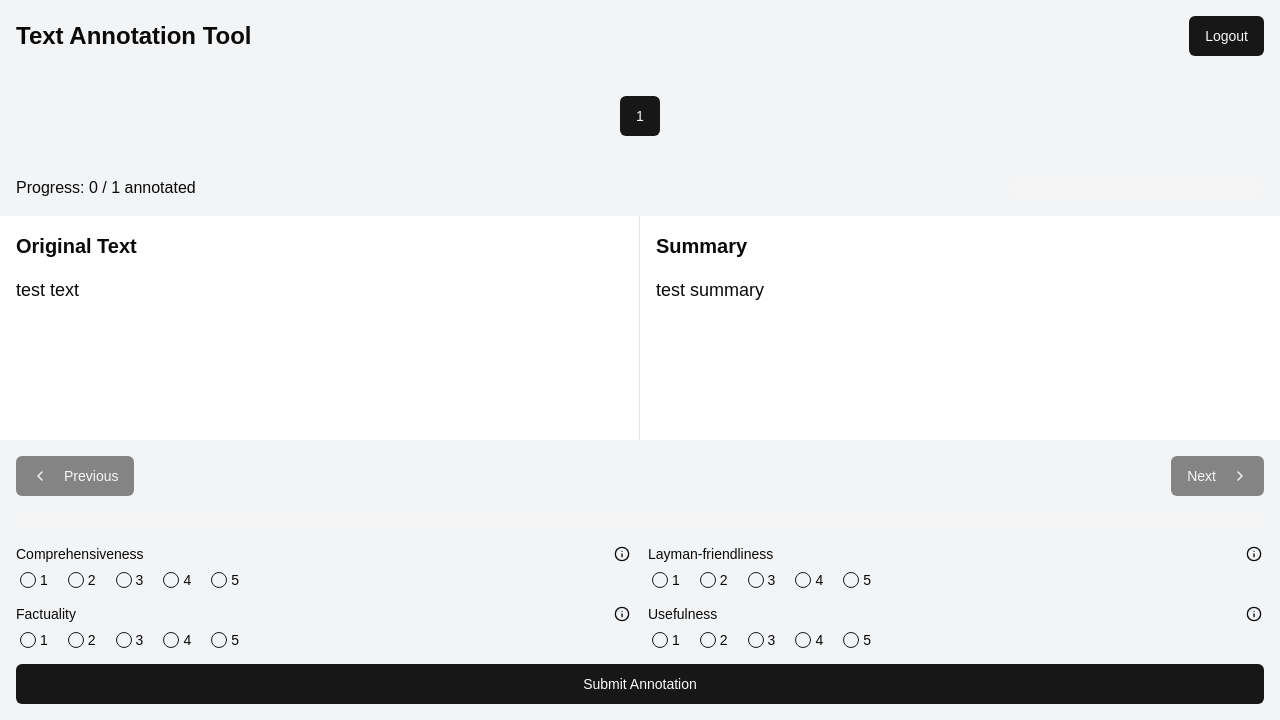
Repository: swapnil-panigrahi/annotator-group
Page: /annotate
These files come from the project's save history. The page is drawn as it stood at one moment and after the next save; the edit follows.
The browser window is 1280 px wide. The pictures show the whole page.
The project was rebuilt for these pictures with package versions that can differ from the ones it lists, and the page was loaded fresh each time. The framework's server and built-in components were replaced by stand-ins that run in the browser. Also part of the build but not shown: next.config.mjs.

Above is the page before, as saved 2025-02-07 23:35:59.

### app/layout.tsx
import type { Metadata } from 'next'
import './globals.css'

export const metadata: Metadata = {
  title: 'Annotator',
  description: '',
}

export default function RootLayout({
  children,
}: Readonly<{
  children: React.ReactNode
}>) {
  return (
    <html lang="en">
      <body>{children}</body>
    </html>
  )
}

### app/annotate/page.tsx
"use client"

import { useState, useCallback, useEffect } from "react"
import { useRouter } from "next/navigation"
import { Progress } from "@/components/ui/progress"
import { Button } from "@/components/ui/button"
import { ChevronLeft, ChevronRight } from "lucide-react"
import TextDisplay from "../components/TextDisplay"
import SummaryDisplay from "../components/SummaryDisplay"
import AnnotationForm from "../components/AnnotationForm"
import NavigationBar from "../components/NavigationBar"
import { logout } from "../actions/auth"

export default function AnnotatePage() {
  const router = useRouter()
  const [textsAndSummaries, setTextsAndSummaries] = useState<Array<{ id: string; text: string; summary: string }>>([])
  const [loading, setLoading] = useState(true)
  const [error, setError] = useState<string | null>(null)

  const [currentIndex, setCurrentIndex] = useState(0)
  const [annotations, setAnnotations] = useState<
    Array<{
      comprehensiveness: number
      laymanFriendliness: number
      factuality: number
      usefulness: number
    }>
  >([])

  useEffect(() => {
    const handleKeyDown = (e: KeyboardEvent) => {
      if (e.key === "ArrowLeft") {
        setCurrentIndex((prevIndex) => Math.max(prevIndex - 1, 0))
      } else if (e.key === "ArrowRight") {
        setCurrentIndex((prevIndex) => Math.min(prevIndex + 1, textsAndSummaries.length - 1))
      }
    }

    window.addEventListener("keydown", handleKeyDown)
    return () => window.removeEventListener("keydown", handleKeyDown)
  }, [textsAndSummaries.length])

  useEffect(() => {
    const checkUserAndFetchData = async () => {
      try {
        /*   const user = await getUser()
          if (!user) {
            router.push("/login")
            return
          }

          const data = await fetchSheetData()

          */
        const data = [
          {
            id: "a",
            text: "test text",
            summary: "test summary",
          },
        ]
        setTextsAndSummaries(data)
        setLoading(false)
      } catch (err) {
        console.error("Error fetching data:", err)
        setError("Failed to fetch data. Please try again later.")
        setLoading(false)
      }
    }

    checkUserAndFetchData()
  }, []) // Removed unnecessary router dependency

  useEffect(() => {
    if (textsAndSummaries.length > 0) {
      setAnnotations(
        textsAndSummaries.map(() => ({
          comprehensiveness: 0,
          laymanFriendliness: 0,
          factuality: 0,
          usefulness: 0,
        })),
      )
    }
  }, [textsAndSummaries])

  const handleAnnotationChange = useCallback(
    (newAnnotation: (typeof annotations)[0]) => {
      setAnnotations((prevAnnotations) => {
        const newAnnotations = [...prevAnnotations]
        newAnnotations[currentIndex] = newAnnotation
        return newAnnotations
      })
    },
    [currentIndex],
  )

  const calculateProgress = (annotation: (typeof annotations)[0]) => {
    return Object.values(annotation).filter(Boolean).length * 25
  }

  if (loading) {
    return <div className="flex items-center justify-center h-screen">Loading...</div>
  }

  if (error) {
    return <div className="flex items-center justify-center h-screen text-red-500">{error}</div>
  }

  const currentItem = textsAndSummaries[currentIndex]
  const currentAnnotation = annotations[currentIndex] || {
    comprehensiveness: 0,
    laymanFriendliness: 0,
    factuality: 0,
    usefulness: 0,
  }

  const annotatedCount = annotations.filter((a) => Object.values(a).some((v) => v !== 0)).length

  return (
    <div className="flex flex-col h-screen">
      <header className="bg-gray-100 p-4 sticky top-0 z-10 flex justify-between items-center">
        <h1 className="text-2xl font-bold">Text Annotation Tool</h1>
        <Button
          onClick={async () => {
            await logout()
            router.push("/login")
          }}
        >
          Logout
        </Button>
      </header>
      <div className="bg-gray-100 p-4 sticky top-16 z-10">
        <NavigationBar currentIndex={currentIndex} totalItems={textsAndSummaries.length} onNavigate={setCurrentIndex} />
      </div>
      <div className="bg-gray-100 p-4">
        <div className="flex justify-between items-center">
          <span>
            Progress: {annotatedCount} / {textsAndSummaries.length} annotated
          </span>
          <Progress value={(annotatedCount / textsAndSummaries.length) * 100} className="w-64" />
        </div>
      </div>
      <main className="flex-grow overflow-hidden flex flex-col lg:flex-row">
        <div className="lg:w-1/2 h-full overflow-y-auto p-4 border-r">
          <TextDisplay text={currentItem.text} />
        </div>
        <div className="lg:w-1/2 h-full overflow-y-auto p-4">
          <SummaryDisplay summary={currentItem.summary} />
        </div>
      </main>
      <footer className="bg-gray-100 p-4 sticky bottom-0 z-10">
        <div className="flex justify-between mb-4">
          <Button
            onClick={() => setCurrentIndex((prevIndex) => Math.max(prevIndex - 1, 0))}
            disabled={currentIndex === 0}
          >
            <ChevronLeft className="mr-2 h-4 w-4" /> Previous
          </Button>
          <Button
            onClick={() => setCurrentIndex((prevIndex) => Math.min(prevIndex + 1, textsAndSummaries.length - 1))}
            disabled={currentIndex === textsAndSummaries.length - 1}
          >
            Next <ChevronRight className="ml-2 h-4 w-4" />
          </Button>
        </div>
        <Progress value={calculateProgress(currentAnnotation)} className="mb-4" />
        <AnnotationForm
          textId={currentItem.id}
          onAnnotationChange={handleAnnotationChange}
          initialAnnotation={currentAnnotation}
        />
      </footer>
    </div>
  )
}

### components/ui/progress.tsx
"use client"

import * as React from "react"
import * as ProgressPrimitive from "@radix-ui/react-progress"

import { cn } from "@/lib/utils"

const Progress = React.forwardRef<
  React.ElementRef<typeof ProgressPrimitive.Root>,
  React.ComponentPropsWithoutRef<typeof ProgressPrimitive.Root>
>(({ className, value, ...props }, ref) => (
  <ProgressPrimitive.Root
    ref={ref}
    className={cn(
      "relative h-4 w-full overflow-hidden rounded-full bg-secondary",
      className
    )}
    {...props}
  >
    <ProgressPrimitive.Indicator
      className="h-full w-full flex-1 bg-primary transition-all"
      style={{ transform: `translateX(-${100 - (value || 0)}%)` }}
    />
  </ProgressPrimitive.Root>
))
Progress.displayName = ProgressPrimitive.Root.displayName

export { Progress }

### components/ui/button.tsx
import * as React from "react"
import { Slot } from "@radix-ui/react-slot"
import { cva, type VariantProps } from "class-variance-authority"

import { cn } from "@/lib/utils"

const buttonVariants = cva(
  "inline-flex items-center justify-center gap-2 whitespace-nowrap rounded-md text-sm font-medium ring-offset-background transition-colors focus-visible:outline-none focus-visible:ring-2 focus-visible:ring-ring focus-visible:ring-offset-2 disabled:pointer-events-none disabled:opacity-50 [&_svg]:pointer-events-none [&_svg]:size-4 [&_svg]:shrink-0",
  {
    variants: {
      variant: {
        default: "bg-primary text-primary-foreground hover:bg-primary/90",
        destructive:
          "bg-destructive text-destructive-foreground hover:bg-destructive/90",
        outline:
          "border border-input bg-background hover:bg-accent hover:text-accent-foreground",
        secondary:
          "bg-secondary text-secondary-foreground hover:bg-secondary/80",
        ghost: "hover:bg-accent hover:text-accent-foreground",
        link: "text-primary underline-offset-4 hover:underline",
      },
      size: {
        default: "h-10 px-4 py-2",
        sm: "h-9 rounded-md px-3",
        lg: "h-11 rounded-md px-8",
        icon: "h-10 w-10",
      },
    },
    defaultVariants: {
      variant: "default",
      size: "default",
    },
  }
)

export interface ButtonProps
  extends React.ButtonHTMLAttributes<HTMLButtonElement>,
    VariantProps<typeof buttonVariants> {
  asChild?: boolean
}

const Button = React.forwardRef<HTMLButtonElement, ButtonProps>(
  ({ className, variant, size, asChild = false, ...props }, ref) => {
    const Comp = asChild ? Slot : "button"
    return (
      <Comp
        className={cn(buttonVariants({ variant, size, className }))}
        ref={ref}
        {...props}
      />
    )
  }
)
Button.displayName = "Button"

export { Button, buttonVariants }

### app/components/TextDisplay.tsx
interface TextDisplayProps {
  text: string
}

export default function TextDisplay({ text }: TextDisplayProps) {
  return (
    <div>
      <h2 className="text-xl font-semibold mb-4">Original Text</h2>
      <p className="text-lg leading-relaxed">{text}</p>
    </div>
  )
}

### app/components/SummaryDisplay.tsx
interface SummaryDisplayProps {
  summary: string
}

export default function SummaryDisplay({ summary }: SummaryDisplayProps) {
  return (
    <div>
      <h2 className="text-xl font-semibold mb-4">Summary</h2>
      <p className="text-lg leading-relaxed">{summary}</p>
    </div>
  )
}

### app/components/AnnotationForm.tsx
"use client"

import { useState, useEffect, useCallback } from "react"
import { Button } from "@/components/ui/button"
import { Label } from "@/components/ui/label"
import { RadioGroup, RadioGroupItem } from "@/components/ui/radio-group"
import { InfoIcon as InfoCircle } from "lucide-react"
import { Tooltip, TooltipContent, TooltipProvider, TooltipTrigger } from "@/components/ui/tooltip"
import type React from "react"

interface AnnotationFormProps {
  textId: string
  onAnnotationChange: (annotation: typeof initialState) => void
  initialAnnotation: typeof initialState
}

interface AspectRating {
  name: string
  stateKey: keyof typeof initialState
  label: string
  description: string
}

const initialState = {
  comprehensiveness: 0,
  laymanFriendliness: 0,
  factuality: 0,
  usefulness: 0,
}

const aspects: AspectRating[] = [
  {
    name: "Comprehensiveness",
    stateKey: "comprehensiveness",
    label: "Comprehensiveness",
    description: "How well does the summary cover all the main points of the original text?",
  },
  {
    name: "LaymanFriendliness",
    stateKey: "laymanFriendliness",
    label: "Layman-friendliness",
    description: "How easy is it for a non-expert to understand the summary?",
  },
  {
    name: "Factuality",
    stateKey: "factuality",
    label: "Factuality",
    description: "How accurately does the summary represent the facts from the original text?",
  },
  {
    name: "Usefulness",
    stateKey: "usefulness",
    label: "Usefulness",
    description: "How valuable is this summary for understanding the key points of the original text?",
  },
]

export default function AnnotationForm({ textId, onAnnotationChange, initialAnnotation }: AnnotationFormProps) {
  const [ratings, setRatings] = useState(initialAnnotation)

  useEffect(() => {
    setRatings(initialAnnotation)
  }, [initialAnnotation])

  const handleRatingChange = useCallback(
    (aspect: keyof typeof initialState, rating: number) => {
      setRatings((prev) => {
        const newRatings = { ...prev, [aspect]: rating }
        onAnnotationChange(newRatings)
        return newRatings
      })
    },
    [onAnnotationChange],
  )

  const handleSubmit = async (e: React.FormEvent) => {
    e.preventDefault()
    if (confirm("Are you sure you want to submit this annotation?")) {
      try {
        const response = await fetch("http://localhost:5000/api/annotate", {
          method: "POST",
          headers: {
            "Content-Type": "application/json",
          },
          body: JSON.stringify({
            textId,
            ...ratings,
          }),
        })
        if (response.ok) {
          alert("Annotation submitted successfully!")
        } else {
          throw new Error("Failed to submit annotation")
        }
      } catch (error) {
        console.error("Error submitting annotation:", error)
        alert("Failed to submit annotation. Please try again.")
      }
    }
  }

  return (
    <form onSubmit={handleSubmit} className="space-y-4">
      <div className="grid grid-cols-1 md:grid-cols-2 gap-4">
        {aspects.map((aspect) => (
          <div key={aspect.name} className="space-y-2">
            <div className="flex items-center justify-between">
              <Label>{aspect.label}</Label>
              <TooltipProvider>
                <Tooltip delayDuration={300}>
                  <TooltipTrigger asChild>
                    <Button variant="ghost" size="icon" className="h-5 w-5" type="button">
                      <InfoCircle className="h-4 w-4" />
                      <span className="sr-only">Info</span>
                    </Button>
                  </TooltipTrigger>
                  <TooltipContent>
                    <p>{aspect.description}</p>
                  </TooltipContent>
                </Tooltip>
              </TooltipProvider>
            </div>
            <RadioGroup
              onValueChange={(value) => handleRatingChange(aspect.stateKey, Number(value))}
              value={ratings[aspect.stateKey].toString()}
              className="flex justify-start space-x-1 px-1"
            >
              {[1, 2, 3, 4, 5].map((rating) => (
                <div key={rating} className="flex items-center">
                  <RadioGroupItem value={rating.toString()} id={`${aspect.name}-${rating}`} />
                  <Label htmlFor={`${aspect.name}-${rating}`} className="ml-1 mr-2">
                    {rating}
                  </Label>
                </div>
              ))}
            </RadioGroup>
          </div>
        ))}
      </div>
      <Button type="submit" className="w-full">
        Submit Annotation
      </Button>
    </form>
  )
}

### app/components/NavigationBar.tsx
import { Button } from "@/components/ui/button"

interface NavigationBarProps {
  currentIndex: number
  totalItems: number
  onNavigate: (index: number) => void
}

export default function NavigationBar({ currentIndex, totalItems, onNavigate }: NavigationBarProps) {
  return (
    <div className="flex justify-center space-x-2 overflow-x-auto py-2">
      {Array.from({ length: totalItems }, (_, i) => (
        <Button
          key={i}
          variant={i === currentIndex ? "default" : "outline"}
          onClick={() => onNavigate(i)}
          className="min-w-[2.5rem]"
        >
          {i + 1}
        </Button>
      ))}
    </div>
  )
}

### app/actions/auth.ts
"use server"

import { cookies } from "next/headers"
import prisma from "@/lib/prisma"
import bcrypt from "bcryptjs"
import { z } from "zod"

const UserSchema = z.object({
  email: z.string().email(),
  password: z.string().min(6),
  name: z.string().min(2),
})

export async function login(email: string, password: string) {
  try {
    const user = await prisma.user.findUnique({
      where: { email },
      select: {
        id: true,
        email: true,
        password: true,
        name: true,
      },
    })

    if (!user) {
      return { success: false, error: "Invalid email or password" }
    }

    const passwordMatch = await bcrypt.compare(password, user.password)
    if (!passwordMatch) {
      return { success: false, error: "Invalid email or password" }
    }

    // Don't include password in the cookie
    const userWithoutPassword = {
      id: user.id,
      email: user.email,
      name: user.name,
    }

    cookies().set("user", JSON.stringify(userWithoutPassword), {
      httpOnly: true,
      secure: process.env.NODE_ENV === "production",
      sameSite: "strict",
      maxAge: 60 * 60 * 24 * 7, // 1 week
    })

    return { success: true, user: userWithoutPassword }
  } catch (error) {
    console.error("Login error:", error)
    return { success: false, error: "An error occurred during login" }
  }
}

export async function signup(email: string, password: string, name: string) {
  try {
    const validatedData = UserSchema.parse({ email, password, name })

    const existingUser = await prisma.user.findUnique({
      where: { email: validatedData.email },
    })

    if (existingUser) {
      return { success: false, error: "Email already exists" }
    }

    const hashedPassword = await bcrypt.hash(validatedData.password, 10)

    const user = await prisma.user.create({
      data: {
        email: validatedData.email,
        password: hashedPassword,
        name: validatedData.name,
      },
      select: {
        id: true,
        email: true,
        name: true,
      },
    })

    cookies().set("user", JSON.stringify(user), {
      httpOnly: true,
      secure: process.env.NODE_ENV === "production",
      sameSite: "strict",
      maxAge: 60 * 60 * 24 * 7, // 1 week
    })

    return { success: true, user }
  } catch (error) {
    if (error instanceof z.ZodError) {
      return { success: false, error: error.errors[0].message }
    }
    console.error("Signup error:", error)
    return { success: false, error: "An error occurred during signup" }
  }
}

export async function logout() {
  cookies().delete("user")
  return { success: true }
}

export async function getUser() {
  const userCookie = cookies().get("user")
  if (!userCookie) return null

  try {
    return JSON.parse(userCookie.value)
  } catch {
    return null
  }
}

### components/ui/label.tsx
"use client"

import * as React from "react"
import * as LabelPrimitive from "@radix-ui/react-label"
import { cva, type VariantProps } from "class-variance-authority"

import { cn } from "@/lib/utils"

const labelVariants = cva(
  "text-sm font-medium leading-none peer-disabled:cursor-not-allowed peer-disabled:opacity-70"
)

const Label = React.forwardRef<
  React.ElementRef<typeof LabelPrimitive.Root>,
  React.ComponentPropsWithoutRef<typeof LabelPrimitive.Root> &
    VariantProps<typeof labelVariants>
>(({ className, ...props }, ref) => (
  <LabelPrimitive.Root
    ref={ref}
    className={cn(labelVariants(), className)}
    {...props}
  />
))
Label.displayName = LabelPrimitive.Root.displayName

export { Label }

### components/ui/radio-group.tsx
"use client"

import * as React from "react"
import * as RadioGroupPrimitive from "@radix-ui/react-radio-group"
import { Circle } from "lucide-react"

import { cn } from "@/lib/utils"

const RadioGroup = React.forwardRef<
  React.ElementRef<typeof RadioGroupPrimitive.Root>,
  React.ComponentPropsWithoutRef<typeof RadioGroupPrimitive.Root>
>(({ className, ...props }, ref) => {
  return (
    <RadioGroupPrimitive.Root
      className={cn("grid gap-2", className)}
      {...props}
      ref={ref}
    />
  )
})
RadioGroup.displayName = RadioGroupPrimitive.Root.displayName

const RadioGroupItem = React.forwardRef<
  React.ElementRef<typeof RadioGroupPrimitive.Item>,
  React.ComponentPropsWithoutRef<typeof RadioGroupPrimitive.Item>
>(({ className, ...props }, ref) => {
  return (
    <RadioGroupPrimitive.Item
      ref={ref}
      className={cn(
        "aspect-square h-4 w-4 rounded-full border border-primary text-primary ring-offset-background focus:outline-none focus-visible:ring-2 focus-visible:ring-ring focus-visible:ring-offset-2 disabled:cursor-not-allowed disabled:opacity-50",
        className
      )}
      {...props}
    >
      <RadioGroupPrimitive.Indicator className="flex items-center justify-center">
        <Circle className="h-2.5 w-2.5 fill-current text-current" />
      </RadioGroupPrimitive.Indicator>
    </RadioGroupPrimitive.Item>
  )
})
RadioGroupItem.displayName = RadioGroupPrimitive.Item.displayName

export { RadioGroup, RadioGroupItem }

### components/ui/tooltip.tsx
"use client"

import * as React from "react"
import * as TooltipPrimitive from "@radix-ui/react-tooltip"

import { cn } from "@/lib/utils"

const TooltipProvider = TooltipPrimitive.Provider

const Tooltip = TooltipPrimitive.Root

const TooltipTrigger = TooltipPrimitive.Trigger

const TooltipContent = React.forwardRef<
  React.ElementRef<typeof TooltipPrimitive.Content>,
  React.ComponentPropsWithoutRef<typeof TooltipPrimitive.Content>
>(({ className, sideOffset = 4, ...props }, ref) => (
  <TooltipPrimitive.Content
    ref={ref}
    sideOffset={sideOffset}
    className={cn(
      "z-50 overflow-hidden rounded-md border bg-popover px-3 py-1.5 text-sm text-popover-foreground shadow-md animate-in fade-in-0 zoom-in-95 data-[state=closed]:animate-out data-[state=closed]:fade-out-0 data-[state=closed]:zoom-out-95 data-[side=bottom]:slide-in-from-top-2 data-[side=left]:slide-in-from-right-2 data-[side=right]:slide-in-from-left-2 data-[side=top]:slide-in-from-bottom-2",
      className
    )}
    {...props}
  />
))
TooltipContent.displayName = TooltipPrimitive.Content.displayName

export { Tooltip, TooltipTrigger, TooltipContent, TooltipProvider }

Loaded but not shown: app/globals.css (common file); lib/utils.ts (common file); lib/prisma.ts (common file); tailwind.config.ts (common file)

After the next save:
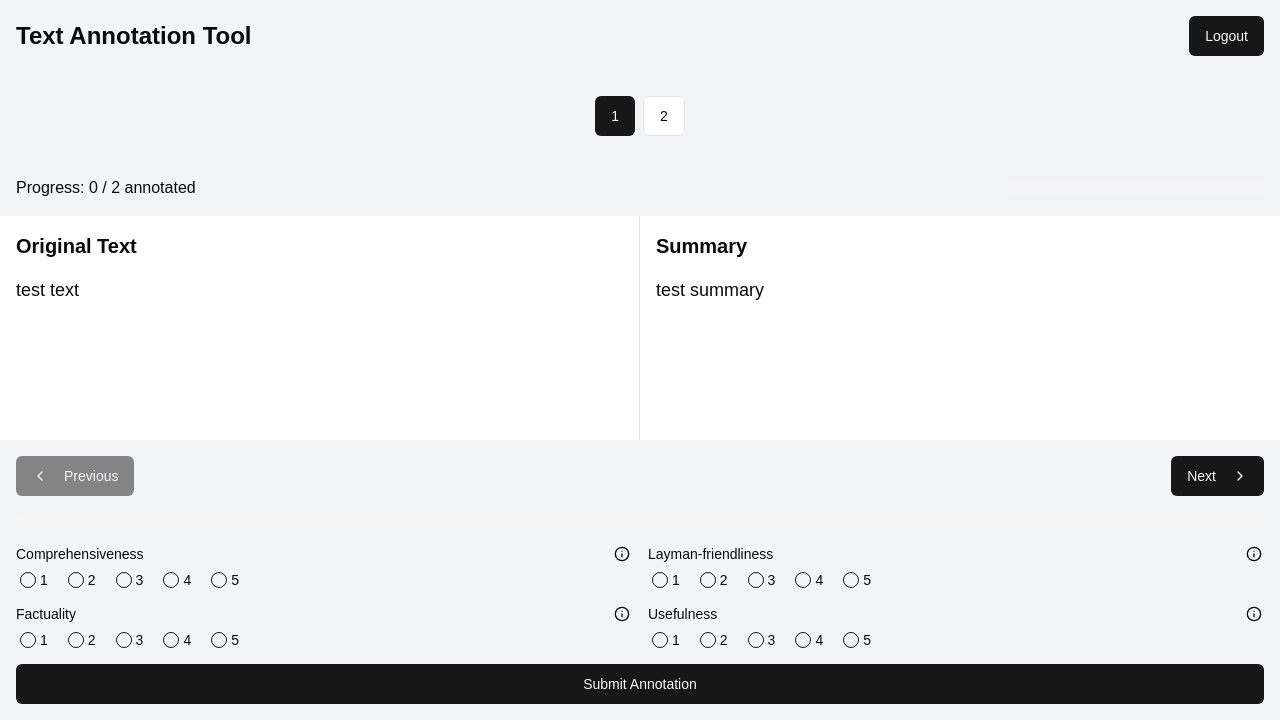
Saved 12 s later.
--- a/app/annotate/page.tsx
+++ b/app/annotate/page.tsx
@@ -53,6 +53,11 @@ export default function AnnotatePage() {
 
           */
         const data = [
+          {
+            id: "a",
+            text: "test text",
+            summary: "test summary",
+          },
           {
             id: "a",
             text: "test text",
